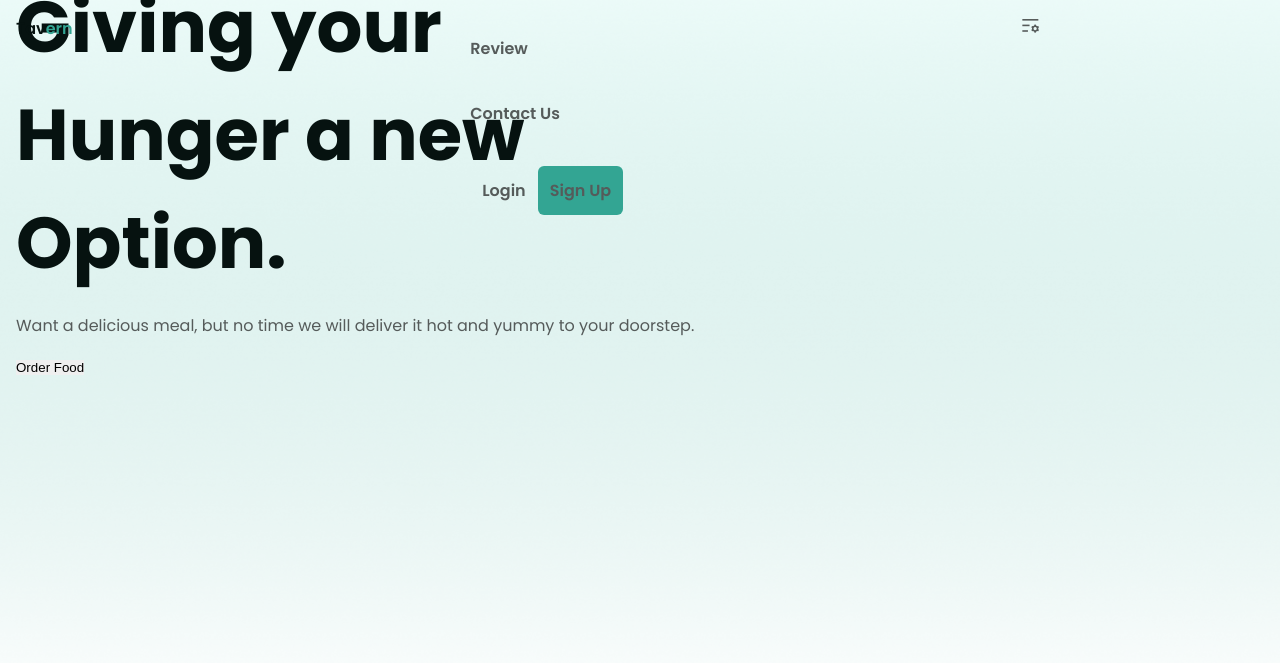
Repository: haokiet2501/tavern-restaurant-landing-page
Page: index.html
An editor plug-in stored every save of this project. The page is shown before and after the next save, followed by the edit.
The browser window is 1280 px wide. The pictures show the whole page.
The style sheet was rebuilt from its Sass, Less or Tailwind sources for each picture, by a compiler version that may differ from the author's.

Above is the page before, as saved 2022-07-01 16:15:57.

After the next save:
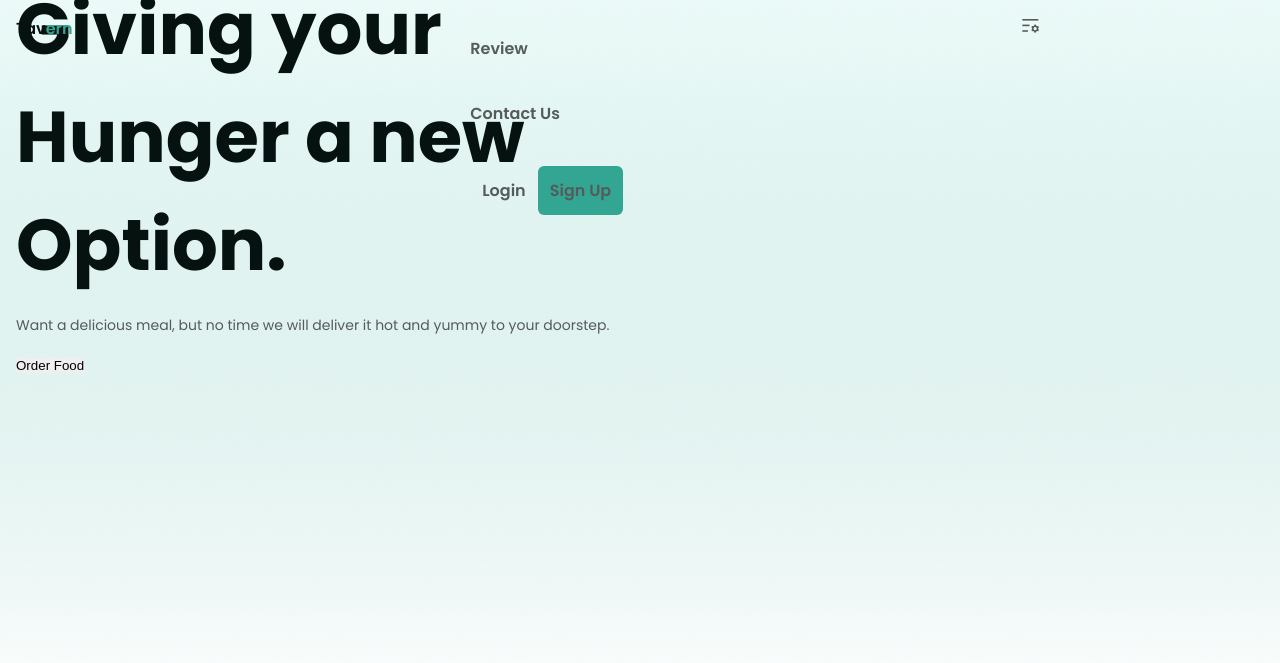
Saved 6 s later.
--- a/sass/main/_main.scss
+++ b/sass/main/_main.scss
@@ -117,6 +117,6 @@
 
     &__subtext {
         margin: var(--mb-1) 0;
-        font-size: var(--);
+        font-size: var(--small-font-size);
     }
 }
